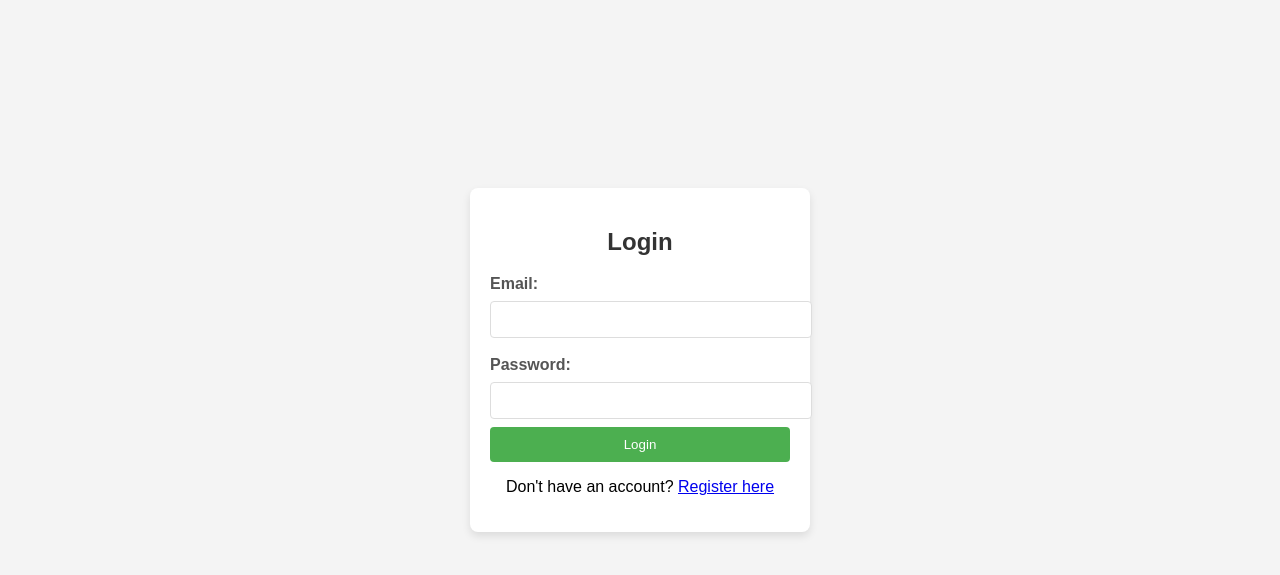
Repository: Srmaraghu/Advanced-Java
Page: Form Handling/src/main/webapp/login.html
An editor plug-in stored every save of this project. The page is shown before and after the next save, followed by the edit.
The browser window is 1280 px wide. The pictures show the whole page.

Above is the page before, as saved 2025-01-25 13:20:30.

After the next save:
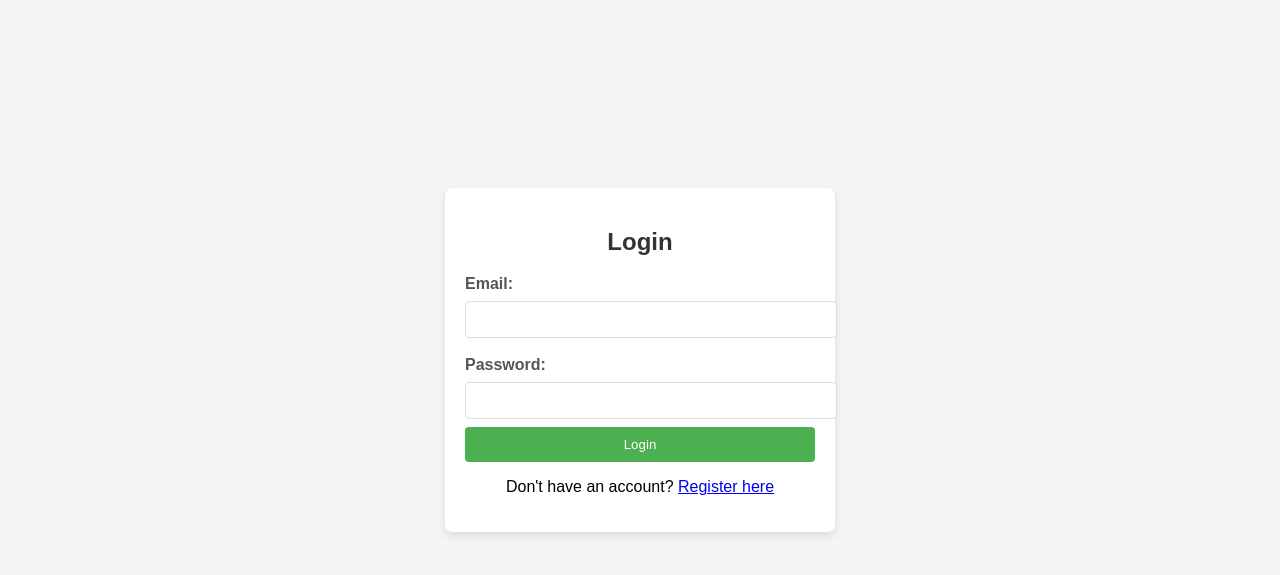
Saved 49 s later.
--- a/Form Handling/src/main/webapp/login.html
+++ b/Form Handling/src/main/webapp/login.html
@@ -20,7 +20,7 @@
             padding: 20px;
             border-radius: 8px;
             box-shadow: 0 4px 8px rgba(0, 0, 0, 0.1);
-            width: 300px;
+            width: 350px;
         }
 
         h2 {
